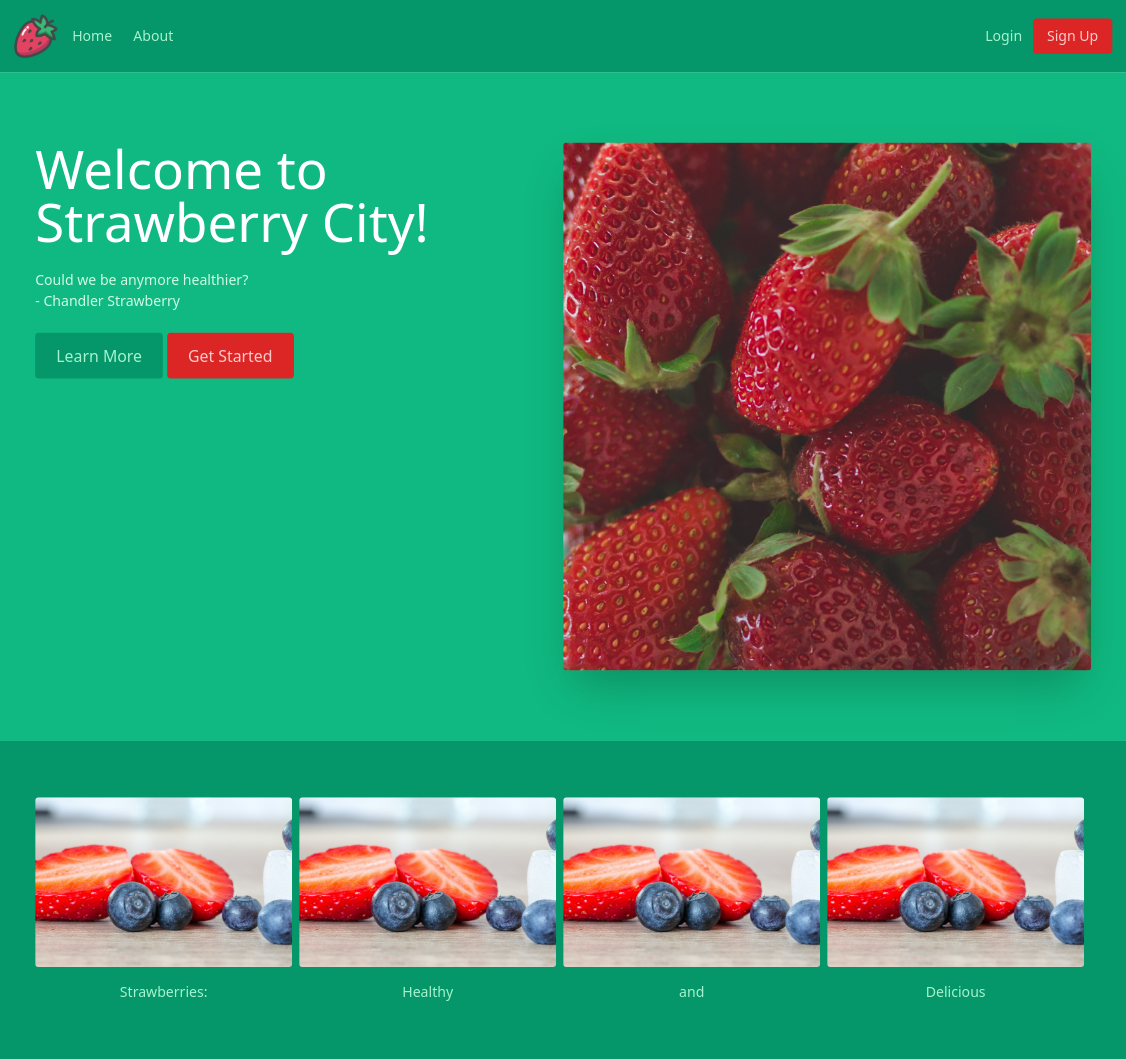
Repository: DaNiels89/tailwind-stawberries
Page: index.html
The author's editor kept a copy of each file at every save. The page is drawn from the files as they stood at one save, then again after the next save.
The browser window is 1280 px wide. The pictures show the whole page, at 88% of full size.

Above is the page before, as saved 2020-08-24 14:35:38.

### index.html
<!DOCTYPE html>
<html lang="en">
  <head>
    <meta charset="UTF-8" />
    <meta name="viewport" content="width=device-width, initial-scale=1.0" />
    <title>Website with Tailwind</title>
    <link
      href="https://unpkg.com/tailwindcss@^1.0/dist/tailwind.min.css"
      rel="stylesheet"
    />
  </head>
  <body>
    <header class="bg-green-600 p-4">
      <nav class="flex justify-between items-center">
        <div class="flex items-center">
          <img
            src="img/strawberry-icon.png"
            alt="Strawberry logo"
            class="mr-2"
            width="50"
          />
          <a
            href="#"
            class="inline-block p-2 text-green-200 hover:text-green-100 mr-2"
            >Home</a
          >
          <a
            href="#"
            class="inline-block p-2 text-green-200 hover:text-green-100"
            >About</a
          >
        </div>
        <div class="">
          <a
            href="#"
            class="inline-block p-2 text-green-200 hover:text-green-100"
            >Login</a
          >
          <a
            href="#"
            class="inline-block py-2 px-4 text-red-200 bg-red-600 rounded hover:text-red-100 hover:bg-red-500 transition ease-in duration-150"
            >Sign Up</a
          >
        </div>
      </nav>
    </header>
    <main class="">
      <div
        class="md:flex justify-between py-20 px-10 bg-green-500 text-green-100"
      >
        <div class="md:w-1/2 mb-10 md:mb-0">
          <h1 class="text-2xl md:text-4xl lg:text-6xl text-white mb-6">
            Welcome to Strawberry City!
          </h1>
          <p class="">Could we be anymore healthier?</p>
          <p class="mb-6">- Chandler Strawberry</p>

          <a
            href="#"
            class="inline-block py-3 px-6 text-lg text-green-200 bg-green-600 rounded hover:text-green-100 hover:bg-green-400 transition ease-in duration-150"
            >Learn More</a
          >
          <a
            href="#"
            class="inline-block py-3 px-6 text-lg text-red-200 bg-red-600 rounded hover:text-red-100 hover:bg-red-500 transition ease-in duration-150"
            >Get Started</a
          >
        </div>
        <div class="w-1/2">
          <img
            src="img/strawberry.jpg"
            alt="Strawberries"
            class="w-full rounded shadow-2xl"
          />
        </div>
      </div>
      <div class="flex py-16 px-10 bg-green-600 text-green-200 text-center">
        <div class="mr-2">
          <img
            src="img/strawberries4.jpg"
            alt="Strawberries"
            class="w-full mb-4 rounded"
          />
          <p class="">Strawberries:</p>
        </div>
        <div class="mr-2">
          <img
            src="img/strawberries4.jpg"
            alt="Strawberries"
            class="w-full mb-4 rounded"
          />
          <p class="">Healthy</p>
        </div>
        <div class="mr-2">
          <img
            src="img/strawberries4.jpg"
            alt="Strawberries"
            class="w-full mb-4 rounded"
          />
          <p class="">and</p>
        </div>
        <div class="mr-2">
          <img
            src="img/strawberries4.jpg"
            alt="Strawberries"
            class="w-full mb-4 rounded"
          />
          <p class="">Delicious</p>
        </div>
      </div>
    </main>
    <footer class=""></footer>
  </body>
</html>

After the next save:
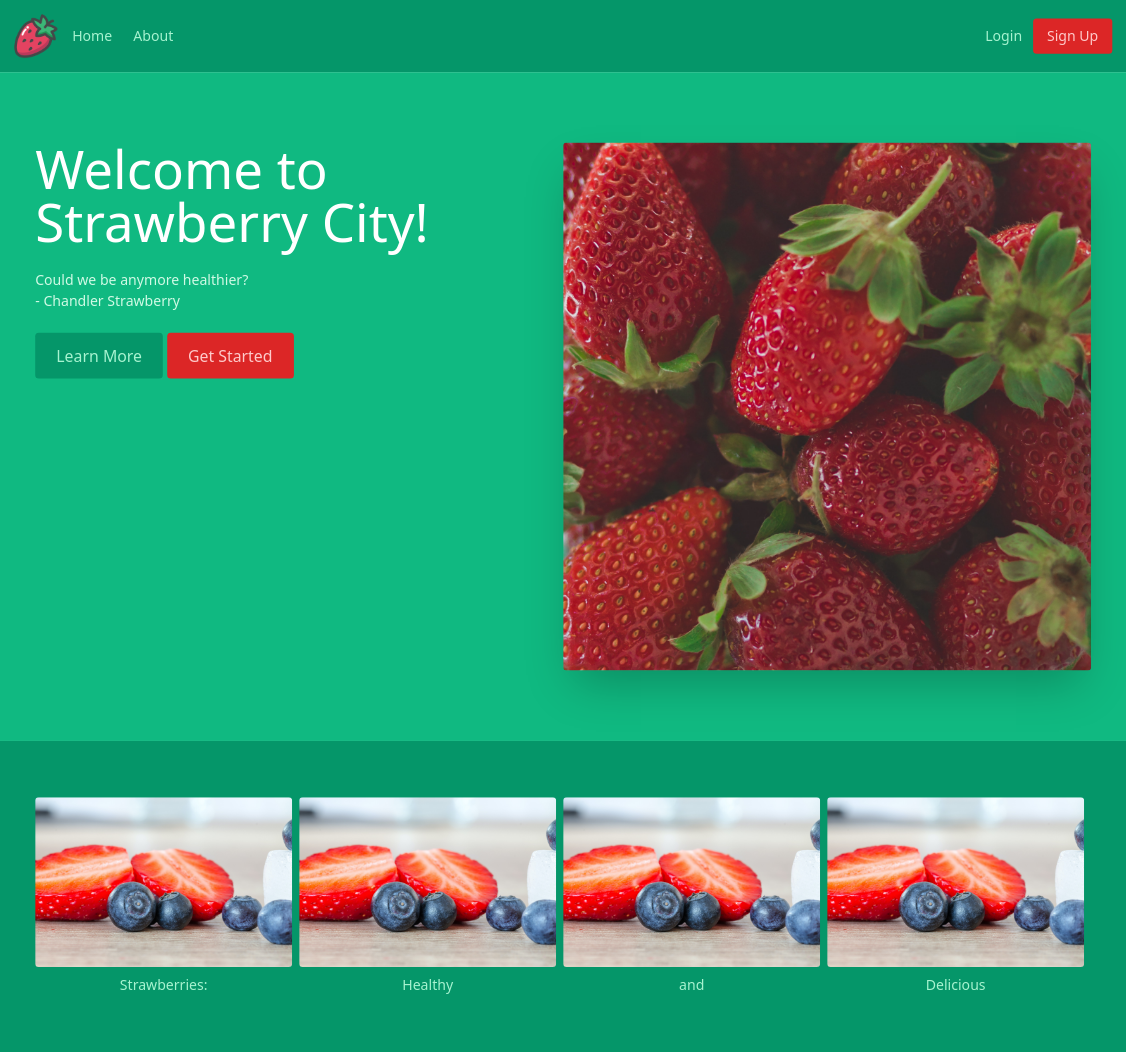
Saved 12 s later.
--- a/index.html
+++ b/index.html
@@ -79,7 +79,7 @@
           <img
             src="img/strawberries4.jpg"
             alt="Strawberries"
-            class="w-full mb-4 rounded"
+            class="w-full mb-2 rounded"
           />
           <p class="">Strawberries:</p>
         </div>
@@ -87,7 +87,7 @@
           <img
             src="img/strawberries4.jpg"
             alt="Strawberries"
-            class="w-full mb-4 rounded"
+            class="w-full mb-2 rounded"
           />
           <p class="">Healthy</p>
         </div>
@@ -95,7 +95,7 @@
           <img
             src="img/strawberries4.jpg"
             alt="Strawberries"
-            class="w-full mb-4 rounded"
+            class="w-full mb-2 rounded"
           />
           <p class="">and</p>
         </div>
@@ -103,7 +103,7 @@
           <img
             src="img/strawberries4.jpg"
             alt="Strawberries"
-            class="w-full mb-4 rounded"
+            class="w-full mb-2 rounded"
           />
           <p class="">Delicious</p>
         </div>
